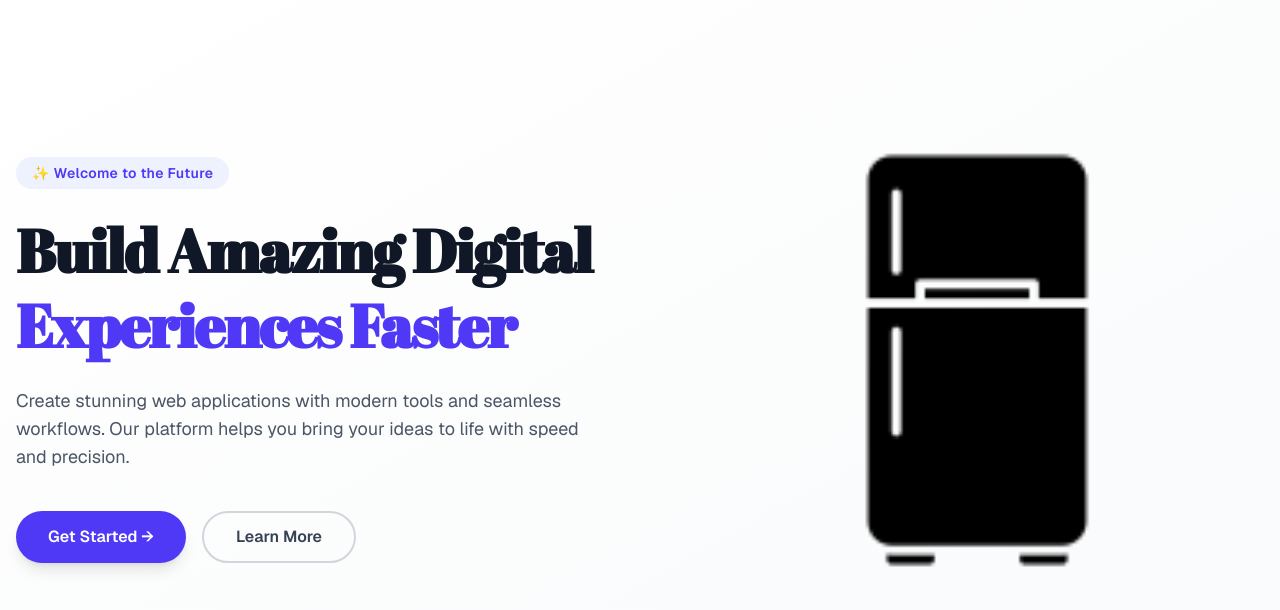
Repository: deepak445566/repai
Page: / (app in repair/)
These files come from the project's save history. The page is drawn as it stood at one moment and after the next save; the edit follows.
The browser window is 1280 px wide. The pictures show the whole page.
The project was rebuilt for these pictures with package versions that can differ from the ones it lists, and the page was loaded fresh each time. The framework's server and built-in components were replaced by stand-ins that run in the browser. Also part of the build but not shown: repair/next.config.mjs.

Above is the page before, as saved 2026-04-15 12:09:04.

After the next save:
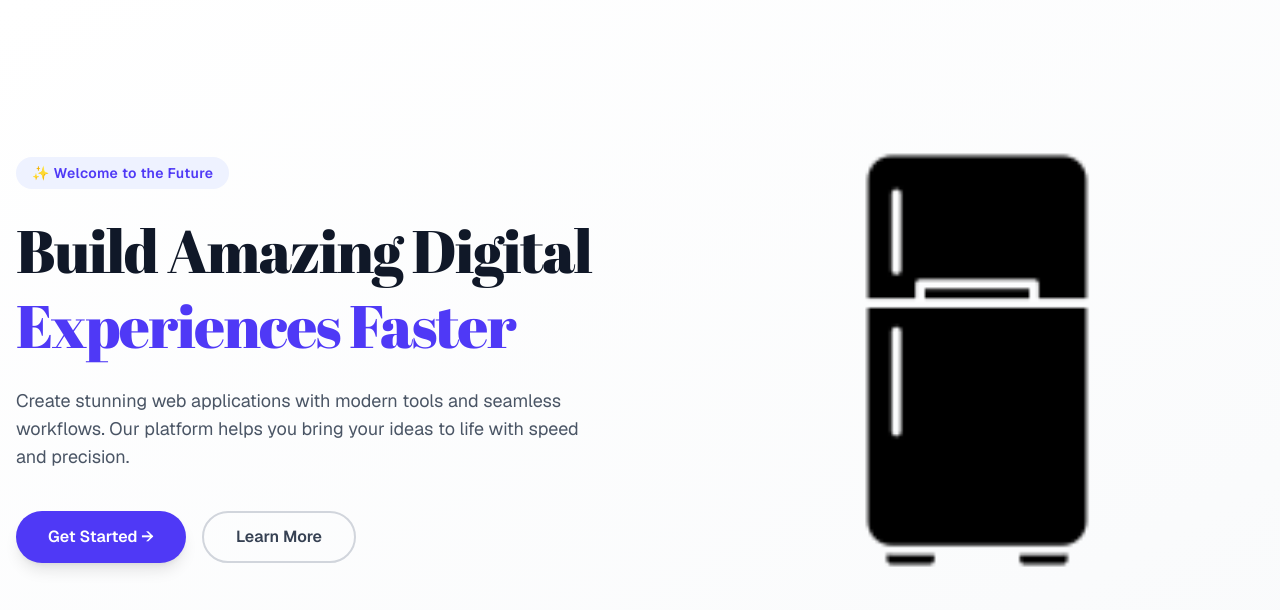
Saved 25 s later.
--- a/repair/src/components/heroPage.jsx
+++ b/repair/src/components/heroPage.jsx
@@ -12,7 +12,7 @@ export default function HeroPage() {
               ✨ Welcome to the Future
             </div>
 
-            <h1 className="text-4xl sm:text-5xl lg:text-6xl font-semibold tracking-tight text-gray-900 leading-tight abril">
+            <h1 className="text-4xl sm:text-5xl lg:text-6xl font-medium tracking-tight text-gray-900 leading-tight abril">
               Build Amazing Digital
               <span className="text-indigo-600 block"> Experiences Faster</span>
             </h1>
